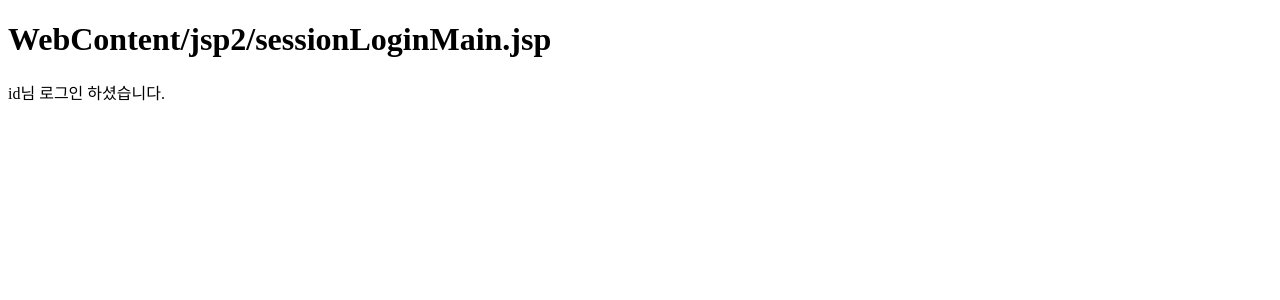
Repository: ReadStar/workspace_jsp
Page: http://localhost/StudyJSP/jsp2/sessionLoginMain.jsp
An editor plug-in stored every save of this project. The page is shown before and after the next save, followed by the edit.
The browser window is 1280 px wide. The pictures show the whole page.
The page is served by Tomcat 9.

Above is the page before, as saved 2020-08-14 02:26:14.

After the next save:
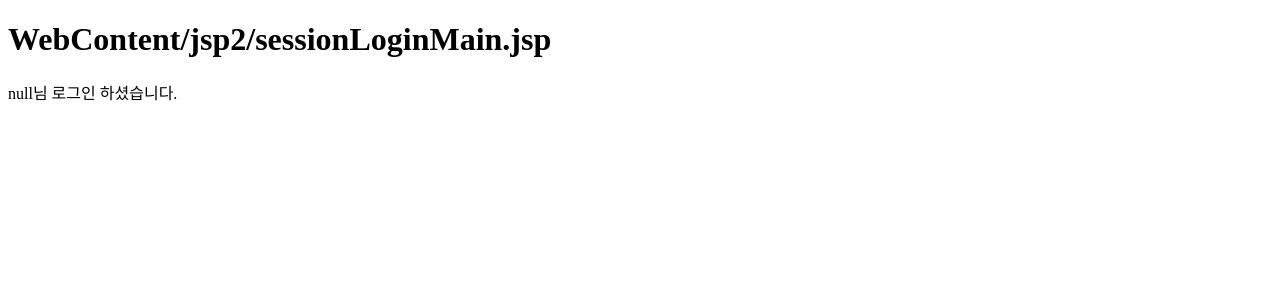
Saved 38 s later.
--- a/StudyJSP/WebContent/jsp2/sessionLoginMain.jsp
+++ b/StudyJSP/WebContent/jsp2/sessionLoginMain.jsp
@@ -8,6 +8,6 @@
 </head>
 <body>
 <h1>WebContent/jsp2/sessionLoginMain.jsp</h1>
-<%="id" %>님 로그인 하셨습니다.
+<%=session.getAttribute("id") %>님 로그인 하셨습니다.
 </body>
 </html>
